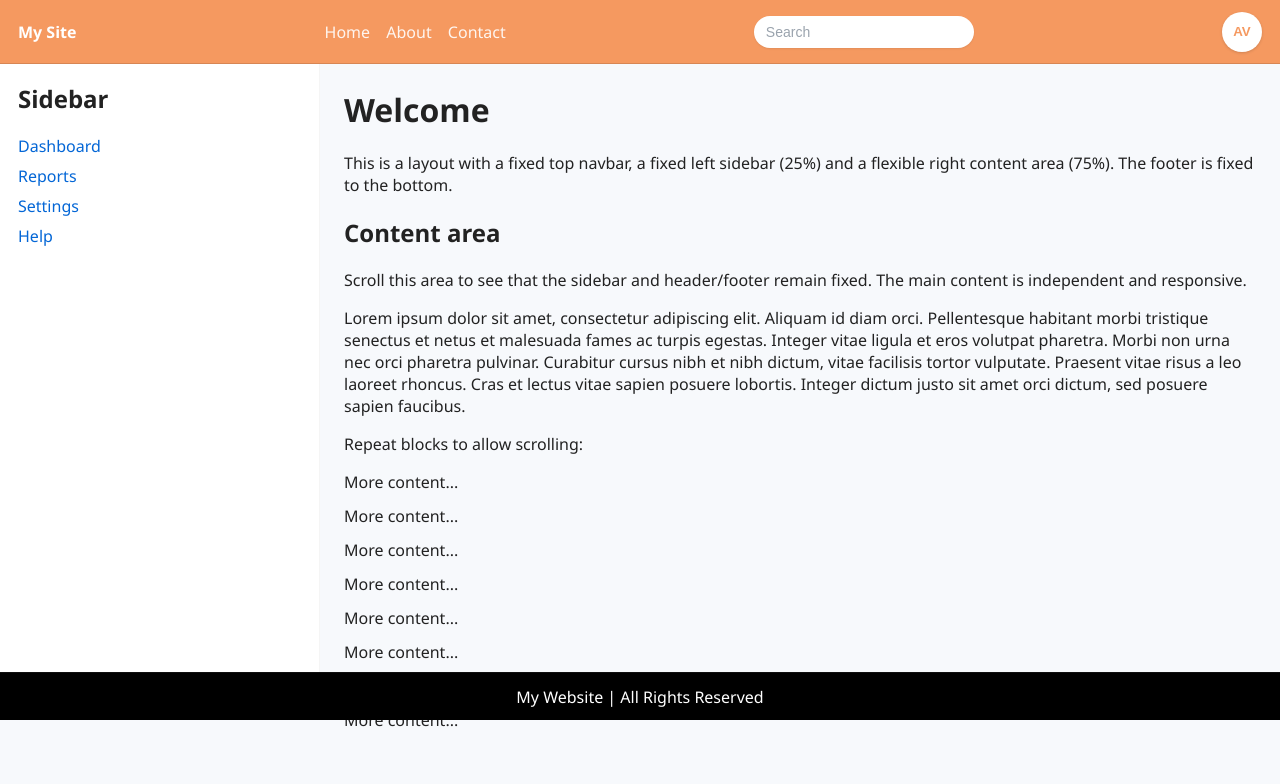
Repository: AdityaTech-Pro/FullStackWithBridgelabz
Page: Assignment8/WebPageWithFixedNavbarAndFooter/index.html
The author's editor kept a copy of each file at every save. The page is drawn from the files as they stood at one save, then again after the next save.
The browser window is 1280 px wide. The pictures show the whole page.

Above is the page before, as saved 2025-11-05 09:32:54.

After the next save:
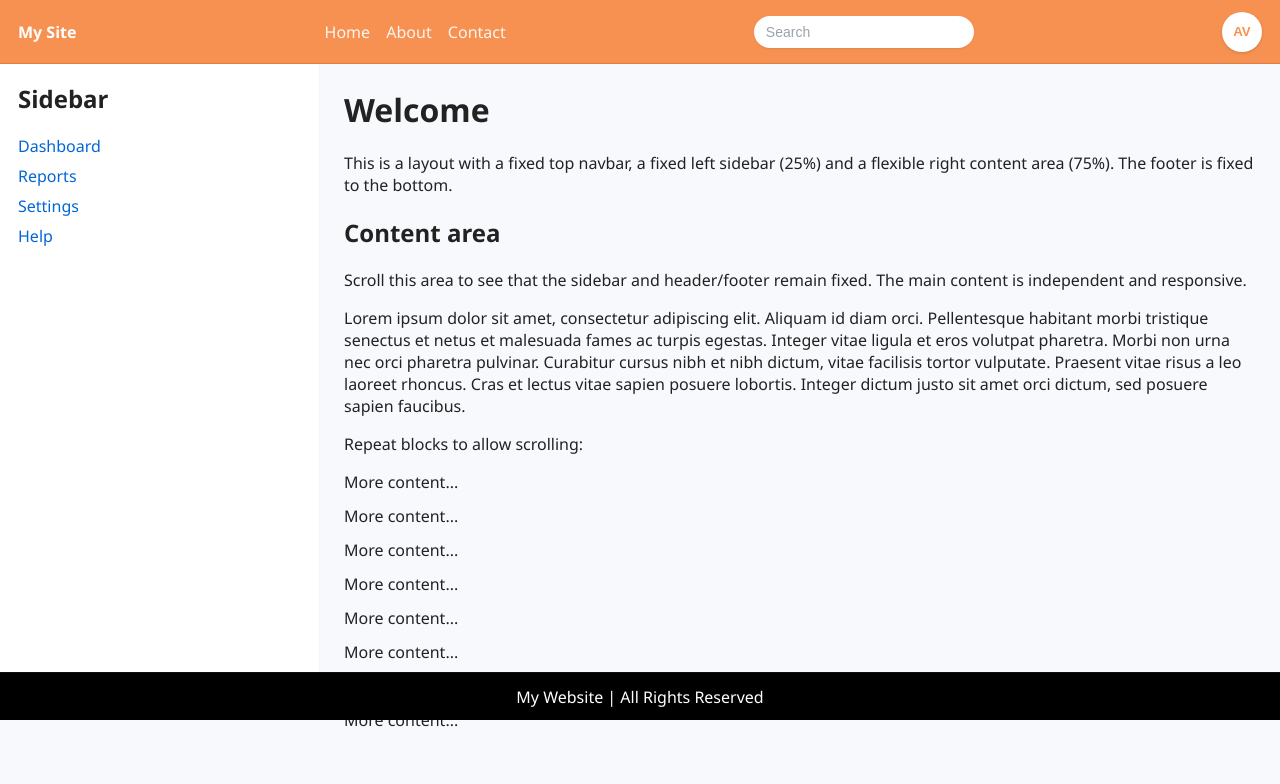
Saved 9 s later.
--- a/Assignment8/WebPageWithFixedNavbarAndFooter/styles.css
+++ b/Assignment8/WebPageWithFixedNavbarAndFooter/styles.css
@@ -5,7 +5,7 @@
   --gap: 16px;
   --bg: #f7f9fc;
   --accent: #0366d6;
-  --header-bg: #f59960ff; /* coffee brown */
+  --header-bg: #f79151ff; /* coffee brown */
   --header-text: #ffffff;
   --footer-bg: #000000;
   --footer-text: #ffffff;
